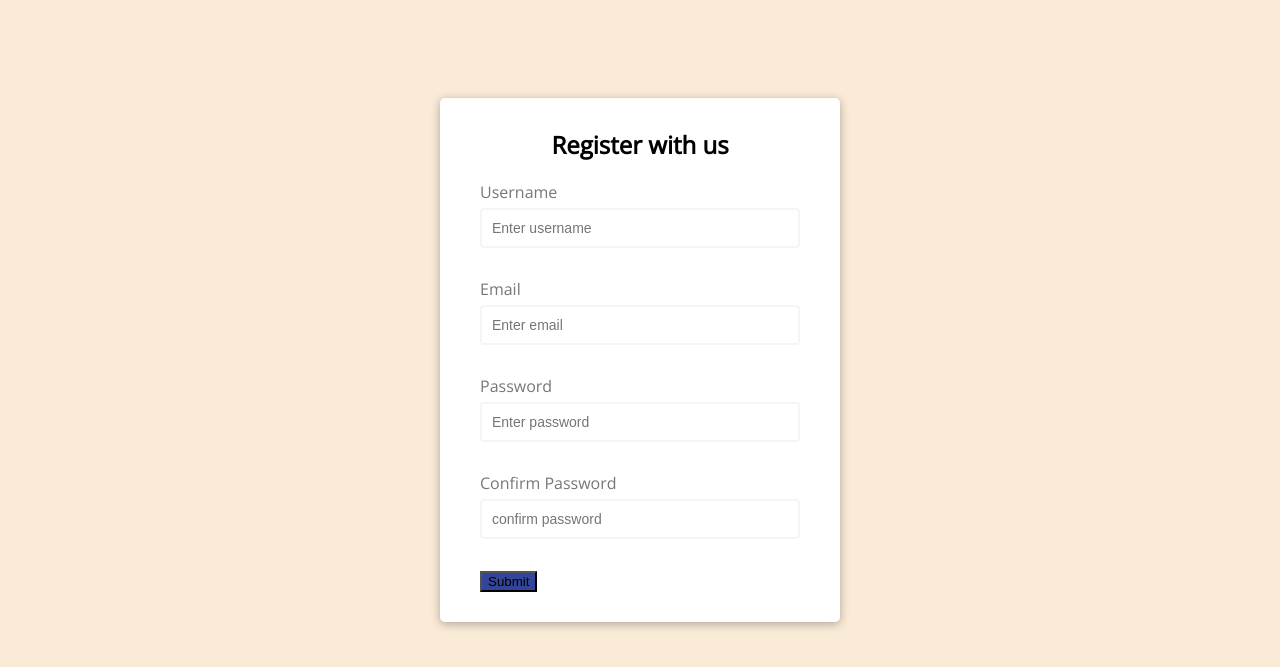
Repository: Azariagmt/Vanilla-javascript
Page: Form-Validator/index.html
These files come from the project's save history. The page is drawn as it stood at one moment and after a run of saves; the edit follows.
The browser window is 1280 px wide. The pictures show the whole page.

Above is the page before, as saved 2020-04-20 09:56:34.

### Form-Validator/index.html
<!DOCTYPE html>
<!--[if lt IE 7]>      <html class="no-js lt-ie9 lt-ie8 lt-ie7"> <![endif]-->
<!--[if IE 7]>         <html class="no-js lt-ie9 lt-ie8"> <![endif]-->
<!--[if IE 8]>         <html class="no-js lt-ie9"> <![endif]-->
<!--[if gt IE 8]><!--> <html class="no-js"> <!--<![endif]-->
    <head>
        <meta charset="utf-8">
        <meta http-equiv="X-UA-Compatible" content="IE=edge">
        <title>Form Validator</title>
        <meta name="description" content="">
        <meta name="viewport" content="width=device-width, initial-scale=1">
        <link rel="stylesheet" href="style.css">
    </head>
    <body>
        <!--[if lt IE 7]>
            <p class="browsehappy">You are using an <strong>outdated</strong> browser. Please <a href="#">upgrade your browser</a> to improve your experience.</p>
        <![endif]-->

        <div class="container">
            <form action="" id="form" class="form">
                <h2> Register with us   </h2>
                <div class="form-control">
                    <label for="username">Username</label>
                    <input type="text" id="username" placeholder="Enter username">
                    <small> Error message</small>
                </div>
                <div class="form-control">
                    <label for="email">Email</label>
                    <input type="text" id="email" placeholder="Enter email">
                    <small> Error message</small>
                </div>
                <div class="form-control">
                    <label for="password">Password</label>
                    <input type="password" id="password" placeholder="Enter password">
                    <small> Error message</small>
                </div>
                <div class="form-control">
                    <label for="confirm">Confirm Password</label>
                    <input type="password" id="confirm" placeholder="confirm password">
                    <small> Error message</small>
                </div>
                <button>Submit</button>
            </form>
        </div>
        <script src="script.js" async defer></script>
    </body>
</html>

### Form-Validator/style.css
@import url('https://fonts.googleapis.com/css2?family=Open+Sans:wght@300&display=swap');

*{
    box-sizing: border-box;
}

body{
    background-color: antiquewhite;
    font-family: 'Open Sans', sans-serif;
    display: flex;
    align-items: center;
    justify-content: center;
    min-height: 100vh;
    margin: 0;
}

.container{
    background-color:white;
    border-radius: 5px;
    box-shadow: 0 2px 10px rgba(0, 0, 0, .3);
    width: 400px;
}

h2{
    text-align: center;
    margin: 0 0 20px;
}

.form{
    padding: 30px 40px;
}

.form-control{
    margin-bottom: 10px;
    padding-bottom: 20px;
    position: relative;
}

.form-control label{
    color:#777;
    display: block;
    margin-bottom: 5px;
}

.form-control input{
    border: 2px solid whitesmoke;
    border-radius: 4px;
    display: block;
    width: 100%;
    padding: 10px;
    font-size: 14px;
}

.form-control.success input{
    border-color: #2ecc2e;
}

.form-control.error input{
    border-color: #ee7744;
}

.form-control small{
    color: red;
    position: absolute;
    bottom:0;
    left:0;
    visibility: hidden;
}

.form-control.error small{
    visibility: visible;
}

.form button{
    cursor: pointer;
    background-color: #349
}

Loaded but not shown: Form-Validator/script.js (no copy from this time; the picture is the same without it)

After the next 2 saves:
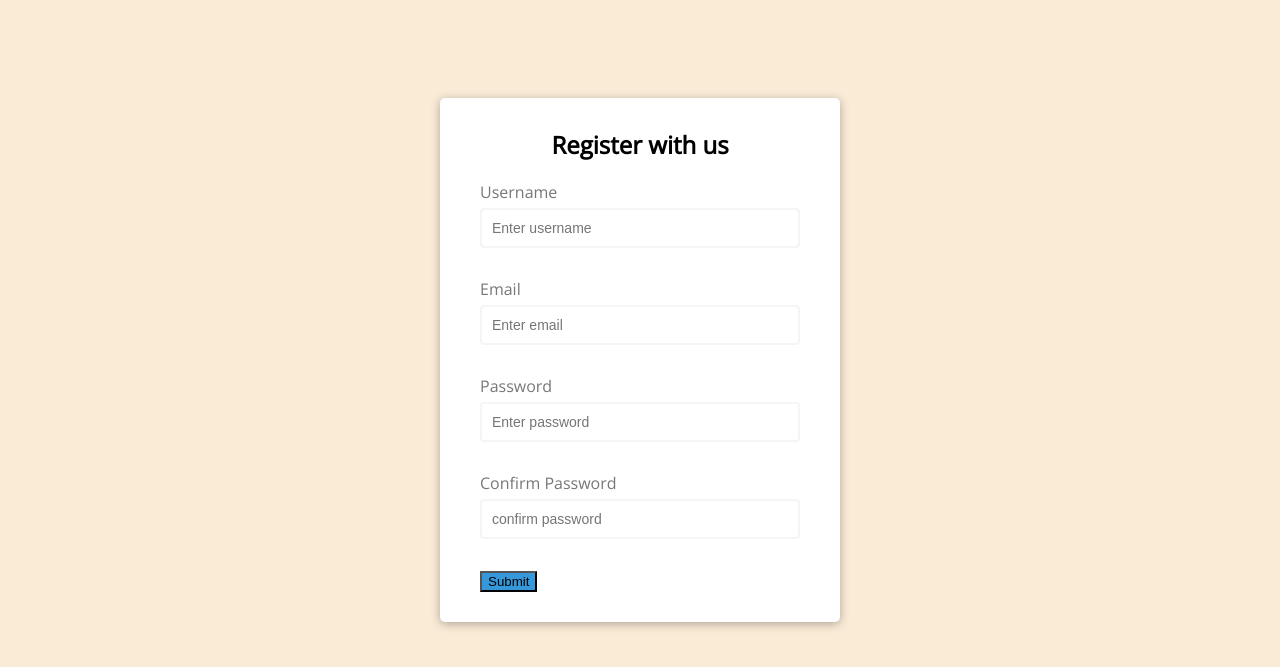
The 2 saves are shown as one change because they came seconds apart.
The last was saved 8 s later.
--- a/Form-Validator/style.css
+++ b/Form-Validator/style.css
@@ -73,5 +73,5 @@ h2{
 
 .form button{
     cursor: pointer;
-    background-color: #349
+    background-color: #3498db;
 }
